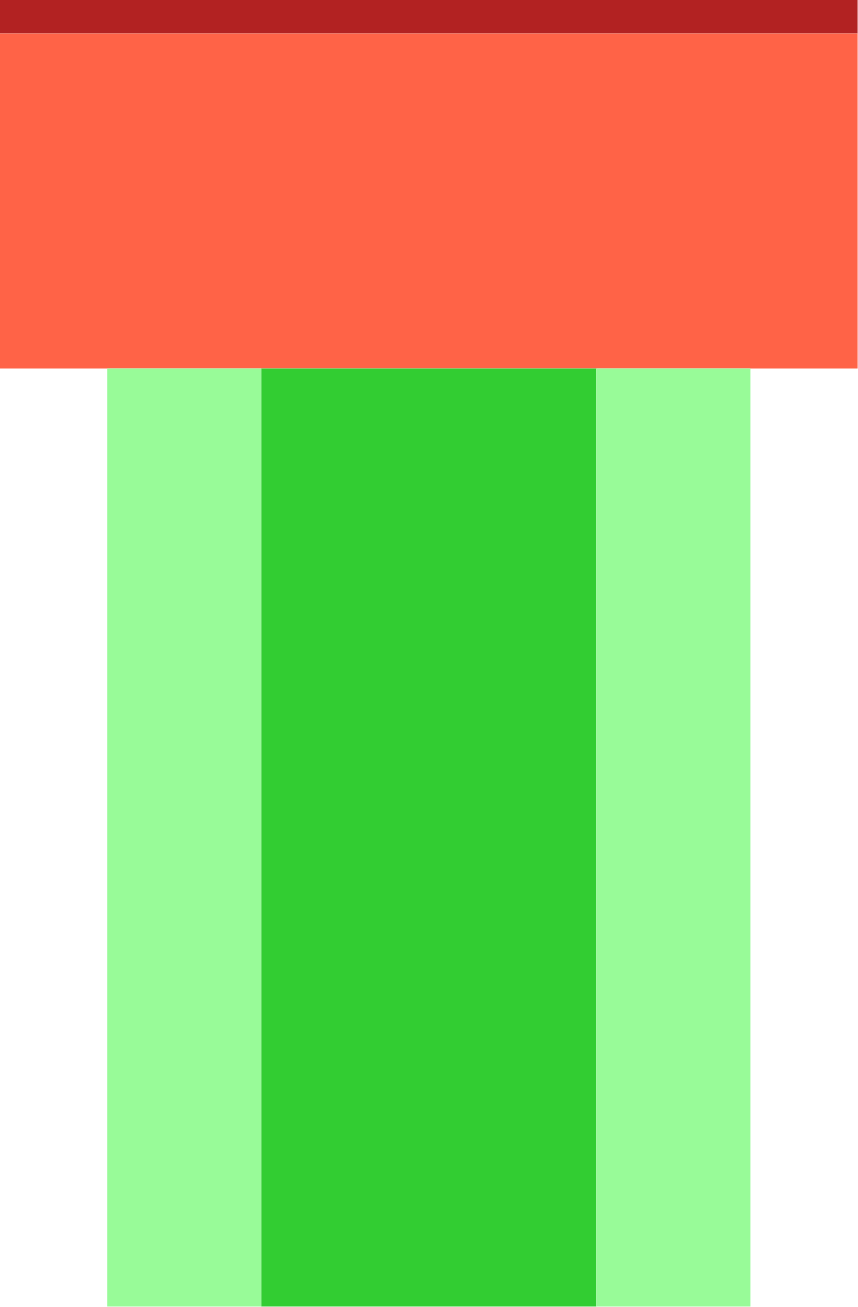
Repository: yuu2310/dmm-webcamp
Page: chapter4_exercise/index.html
The author's editor kept a record of every edit. The page is drawn from the files as they stood at one moment, then again after the next edit.
The browser window is 1280 px wide. The pictures show the whole page, at 67% of full size.

Above is the page before.

### chapter4_exercise/index.html
<!DOCTYPE HTML>
<html lang="ja">
  <head>
    <meta charset="UTF-8" />
    <title>chapter4演習</title>
    <link rel="stylesheet" href="style.css"/>
  </head>

  <body>
    <div class="header"></div>
    <div class="main-visual"></div>
    <div class="main">
      <div class="sidebar-left"></div>
      <div class="blog"></div>
      <div class="sidebar-right"></div>
    </div>
    <div class="footer"></div>
  </body>
</html>

### chapter4_exercise/style.css
* {
  margin: 0;
  padding: 0;
  box-sizing: border-box;
}

.header {
  width: 100%;
  height: 50px;
  background-color: #B22222;
}

.main-visual {
  width: 100%;
  height: 500px;
  background-color: #FF6347;
}

.main {
  width: 960px;
  display: flex;
  justify-content: center;
  margin: 0 auto;
}

.blog {
  width: 500px;
  background-color: #32CD32;
}

.sidebar-left,
.sidebar-right {
  width: 230px;
  height: 1400px;
  background-color: #98FB98;
}

After the next edit:
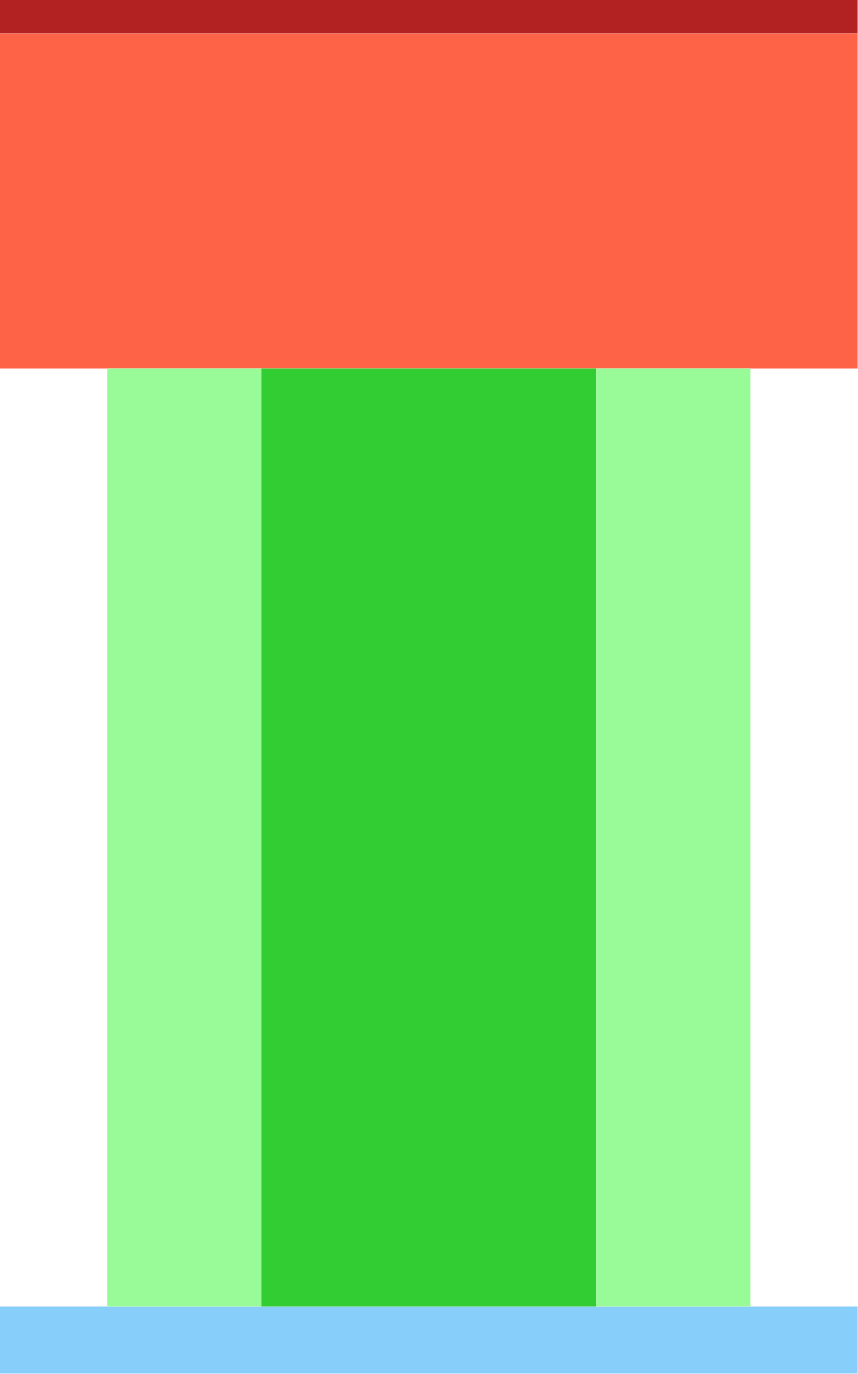
The edit:
--- a/chapter4_exercise/style.css
+++ b/chapter4_exercise/style.css
@@ -34,3 +34,9 @@
   height: 1400px;
   background-color: #98FB98;
 }
+
+.footer {
+  width: 100%;
+  height: 100px;
+  background-color: #87CEFA;
+}
